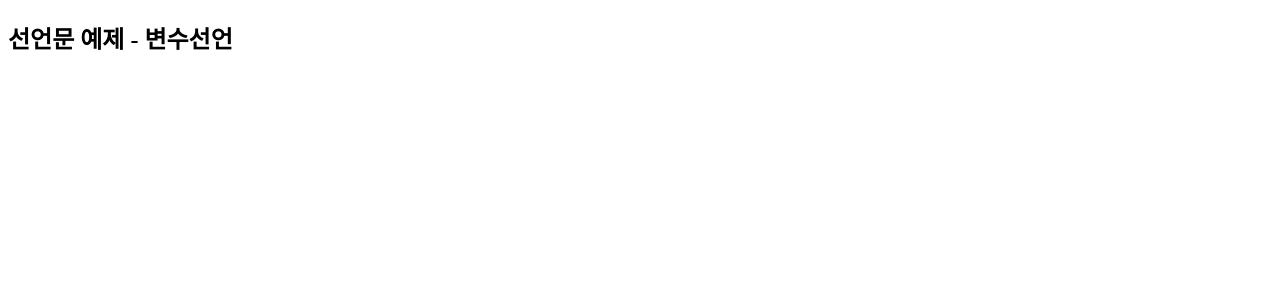
Repository: matodale/StudyJSP
Page: http://localhost/StudyJSP/ch05/declarationTest.jsp
These files come from the project's save history. The page is drawn as it stood at one moment and after the next save; the edit follows.
The browser window is 1280 px wide. The pictures show the whole page.
The page is served by Tomcat 9. Other server files are loaded and not shown.

Above is the page before, as saved 2022-12-20 14:58:56.

### StudyJSP/src/main/webapp/ch05/declarationTest.jsp
<%@ page language="java" contentType="text/html; charset=UTF-8"
	pageEncoding="UTF-8"%>
<!DOCTYPE html>
<html>
<head>
<meta charset="UTF-8">
<title>선언문 예제 - 변수선언</title>
</head>
<body>
	<h2>선언문 예제 - 변수선언</h2>
	<%
String str1 = str2 + "Server Page";
%>
	<%!String str2 = "Java";%>
</body>
</html>

After the next save:
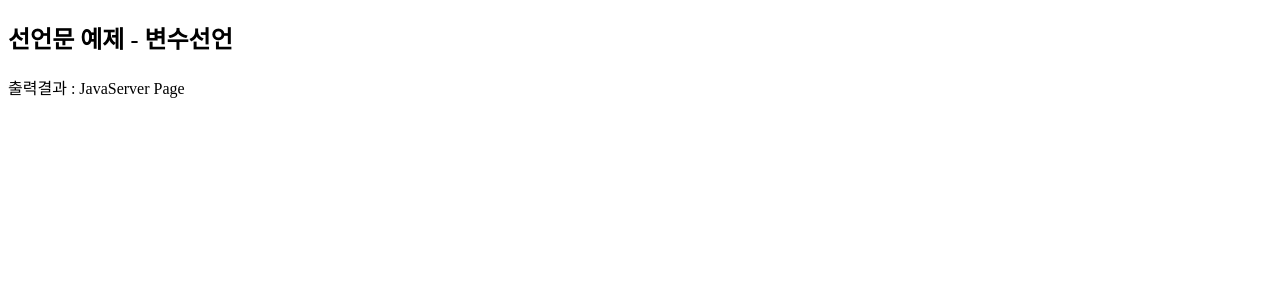
Saved 35 s later.
--- a/StudyJSP/src/main/webapp/ch05/declarationTest.jsp
+++ b/StudyJSP/src/main/webapp/ch05/declarationTest.jsp
@@ -12,5 +12,6 @@
 String str1 = str2 + "Server Page";
 %>
 	<%!String str2 = "Java";%>
+	<p>출력결과 : <%=str1 %></p>
 </body>
 </html>
